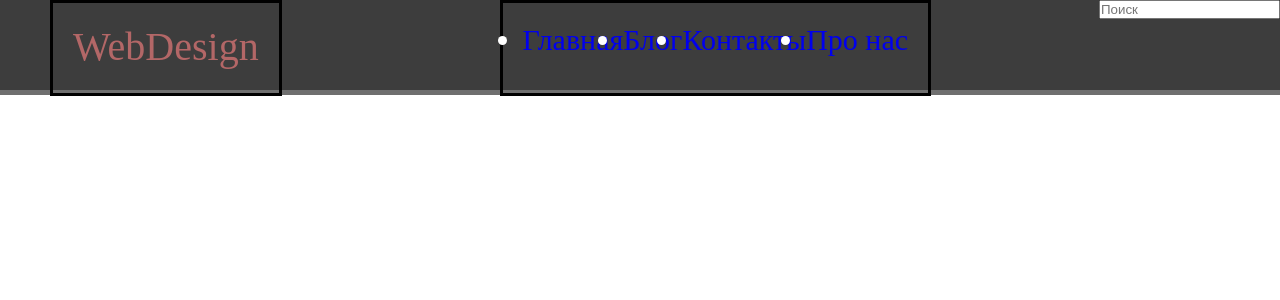
Repository: andbaik/Itprog
Page: index.htm
The author's editor kept a copy of each file at every save. The page is drawn from the files as they stood at one save, then again after the next save.
The browser window is 1280 px wide. The pictures show the whole page.

Above is the page before, as saved 2021-01-19 16:12:04.

After the next save:
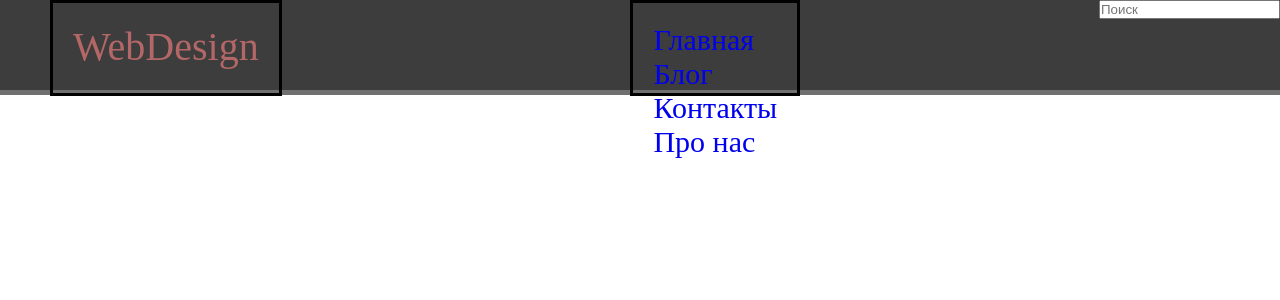
Saved 7 min 36 s later.
--- a/css/style.css
+++ b/css/style.css
@@ -43,7 +43,7 @@
     font-size: 30px;
 
 }
-/*.nav li{
+.nav li{
     list-style-type: none;
 }
 */

After the save that followed:
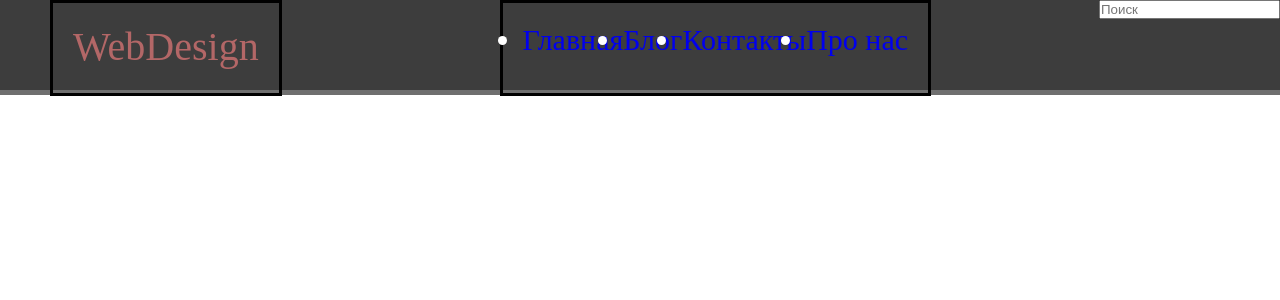
Saved 17 s later.
--- a/css/style.css
+++ b/css/style.css
@@ -43,7 +43,7 @@
     font-size: 30px;
 
 }
-.nav li{
+/*.nav li{
     list-style-type: none;
 }
 */
